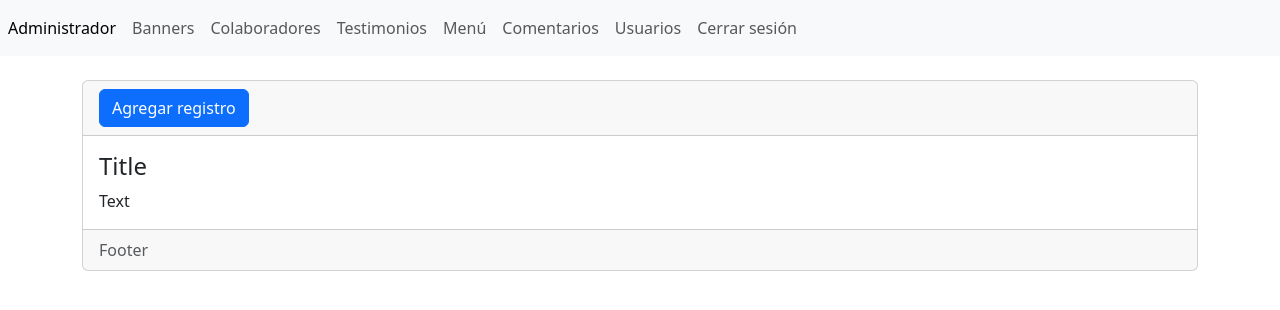
Repository: salextros/Restaurant-Project-PHP-MySQL
Page: http://localhost/TRABAJO_FINAL/restaurant/admin/seccion/usuarios/index.php
An editor plug-in stored every save of this project. The page is shown before and after the next save, followed by the edit.
The browser window is 1280 px wide. The pictures show the whole page.
The page is run by PHP 8.4 with error messages shown; the project is at /var/www/html/.

Above is the page before, as saved 2026-02-03 14:24:24.

### restaurant/admin/seccion/usuarios/index.php
<?php
include ("../../bd.php");
include ("../../templates/header.php");
?>
<br/>

<div class="card">
    <div class="card-header"><a name="" id="" class="btn btn-primary" href="crear.php" role="button">Agregar registro</a></div>
    <div class="card-body">
        <h4 class="card-title">Title</h4>
        <p class="card-text">Text</p>
    </div>
    <div class="card-footer text-muted">Footer</div>
</div>



<?php
include ("../../templates/footer.php");
?>

### restaurant/admin/bd.php
<?php

$servidor="localhost";
$baseDatos="restaurante";
$usuario="root";
$contraseña="";

try{

    $conexion=new PDO("mysql:host=$servidor;dbname=$baseDatos",$usuario,$contraseña);


}catch(Exception $error){
    echo $error ->getMessage();
}

?>

### restaurant/admin/templates/header.php
<?php
$url_base = "http://localhost/TRABAJO_FINAL/restaurant/admin/";
?>
<!doctype html>
<html lang="en">

    <head>
        <title>Administrador del sitio web </title>
        <!-- Required meta tags -->
        <meta charset="utf-8" />
        <meta
            name="viewport"
            content="width=device-width, initial-scale=1, shrink-to-fit=no"
        />

        <!-- Bootstrap CSS v5.2.1 -->
        <link
            href="https://cdn.jsdelivr.net/npm/bootstrap@5.3.2/dist/css/bootstrap.min.css"
            rel="stylesheet"
            integrity="sha384-T3c6CoIi6uLrA9TneNEoa7RxnatzjcDSCmG1MXxSR1GAsXEV/Dwwykc2MPK8M2HN"
            crossorigin="anonymous"
        />
    </head>

    <body>
        <header>
            <!-- place navbar here -->
            <nav class="navbar navbar-expand navbar-light bg-light">
                <div class="nav navbar-nav">
                    <a class="nav-item nav-link active" href="#" aria-current="page">Administrador<span class="visually-hidden">(current)</span></a>

                    <a class="nav-item nav-link" href="<?php echo $url_base;?>seccion/banners">Banners</a>
                    <a class="nav-item nav-link" href="<?php echo $url_base;?>seccion/colaboradores">Colaboradores</a>
                    <a class="nav-item nav-link" href="<?php echo $url_base;?>seccion/testimonios">Testimonios</a>
                    <a class="nav-item nav-link" href="<?php echo $url_base;?>seccion/menu">Menú</a>
                    <a class="nav-item nav-link" href="<?php echo $url_base;?>seccion/comentarios">Comentarios</a>
                    <a class="nav-item nav-link" href="<?php echo $url_base;?>seccion/usuarios">Usuarios</a>
                    <a class="nav-item nav-link" href="#">Cerrar sesión</a>

                </div>
            </nav>


        </header>
        <main>
        <section class="container">

### restaurant/admin/templates/footer.php
        </section>
        </main>
        <footer>
            <!-- place footer here -->
        </footer>
        <!-- Bootstrap JavaScript Libraries -->
        <script
            src="https://cdn.jsdelivr.net/npm/@popperjs/core@2.11.8/dist/umd/popper.min.js"
            integrity="sha384-I7E8VVD/ismYTF4hNIPjVp/Zjvgyol6VFvRkX/vR+Vc4jQkC+hVqc2pM8ODewa9r"
            crossorigin="anonymous"
        ></script>

        <script
            src="https://cdn.jsdelivr.net/npm/bootstrap@5.3.2/dist/js/bootstrap.min.js"
            integrity="sha384-BBtl+eGJRgqQAUMxJ7pMwbEyER4l1g+O15P+16Ep7Q9Q+zqX6gSbd85u4mG4QzX+"
            crossorigin="anonymous"
        ></script>
    </body>
</html>

After the next save:
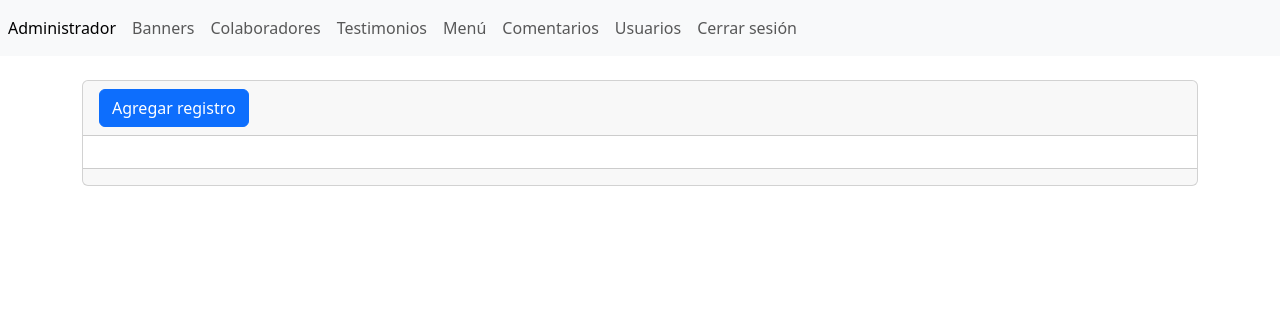
Saved 21 s later.
--- a/restaurant/admin/seccion/usuarios/index.php
+++ b/restaurant/admin/seccion/usuarios/index.php
@@ -7,10 +7,8 @@ include ("../../templates/header.php");
 <div class="card">
     <div class="card-header"><a name="" id="" class="btn btn-primary" href="crear.php" role="button">Agregar registro</a></div>
     <div class="card-body">
-        <h4 class="card-title">Title</h4>
-        <p class="card-text">Text</p>
     </div>
-    <div class="card-footer text-muted">Footer</div>
+    <div class="card-footer text-muted"></div>
 </div>
 
 
